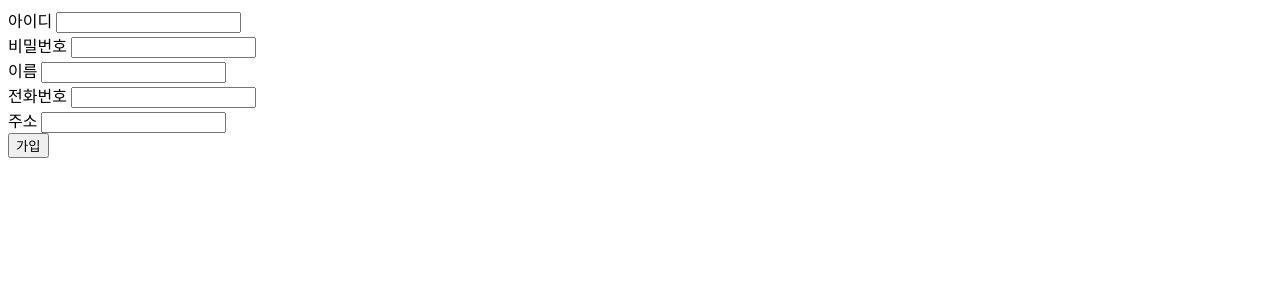
Repository: shinymusket/ideal-memory2
Page: jspWorkSpace/web08/WebContent/joinForm.html
An editor plug-in stored every save of this project. The page is shown before and after the next save, followed by the edit.
The browser window is 1280 px wide. The pictures show the whole page.

Above is the page before, as saved 2022-06-13 04:02:30.

### jspWorkSpace/web08/WebContent/joinForm.html
<!DOCTYPE html>
<html>
<head>
<meta charset="UTF-8">
<title>회원가입</title>
</head>
<body>
	<form action="join_insert.jsp" method="post">
		<label for="userId">아이디</label>
		<input type="text" id="userId" name="userId"><br>
		<label for="userPwd">비밀번호</label>
		<input type="password" id="userPwd" name="userPwd"><br>
		<label for="userName">이름</label>
		<input type="text" id="userPhone" name="userName"><br>
		<label for="userPhone">전화번호</label>
		<input type="tel" id="userPhone" name="userPhone"><br>
		<label for="userAddress">주소</label>
		<input type="text" id="userAddress" name="userAddress"><br>
		<input type="submit" value="가입">
	</form>
</body>
</html>

After the next save:
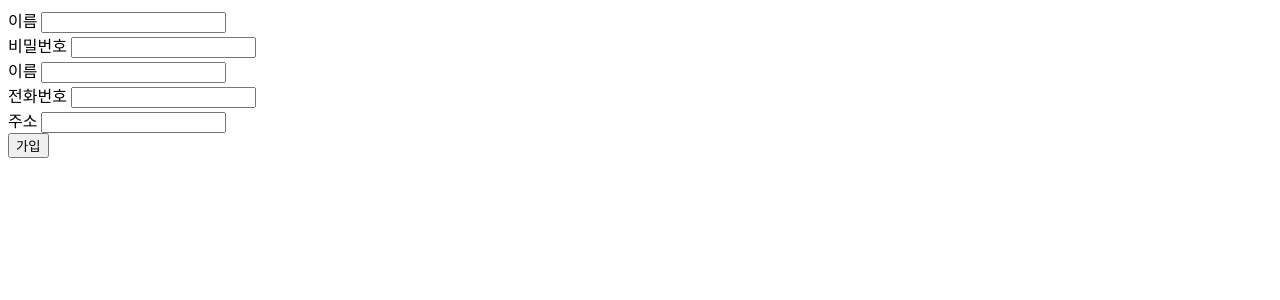
Saved 39 s later.
--- a/jspWorkSpace/web08/WebContent/joinForm.html
+++ b/jspWorkSpace/web08/WebContent/joinForm.html
@@ -6,12 +6,12 @@
 </head>
 <body>
 	<form action="join_insert.jsp" method="post">
-		<label for="userId">아이디</label>
+		<label for="userId">이름</label>
 		<input type="text" id="userId" name="userId"><br>
 		<label for="userPwd">비밀번호</label>
 		<input type="password" id="userPwd" name="userPwd"><br>
 		<label for="userName">이름</label>
-		<input type="text" id="userPhone" name="userName"><br>
+		<input type="text" id="userName" name="userName"><br>
 		<label for="userPhone">전화번호</label>
 		<input type="tel" id="userPhone" name="userPhone"><br>
 		<label for="userAddress">주소</label>
